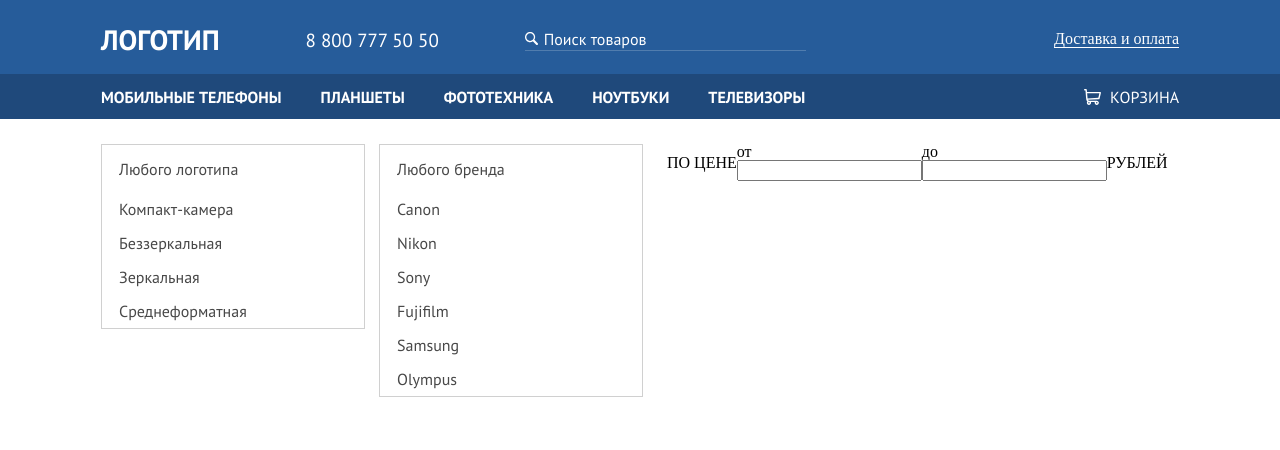
Repository: sem1103/WEBCompany
Page: index.html
The author's editor kept a copy of each file at every save. The page is drawn from the files as they stood at one save, then again after the next save.
The browser window is 1280 px wide. The pictures show the whole page.

Above is the page before, as saved 2024-01-11 20:35:27.

After the next save:
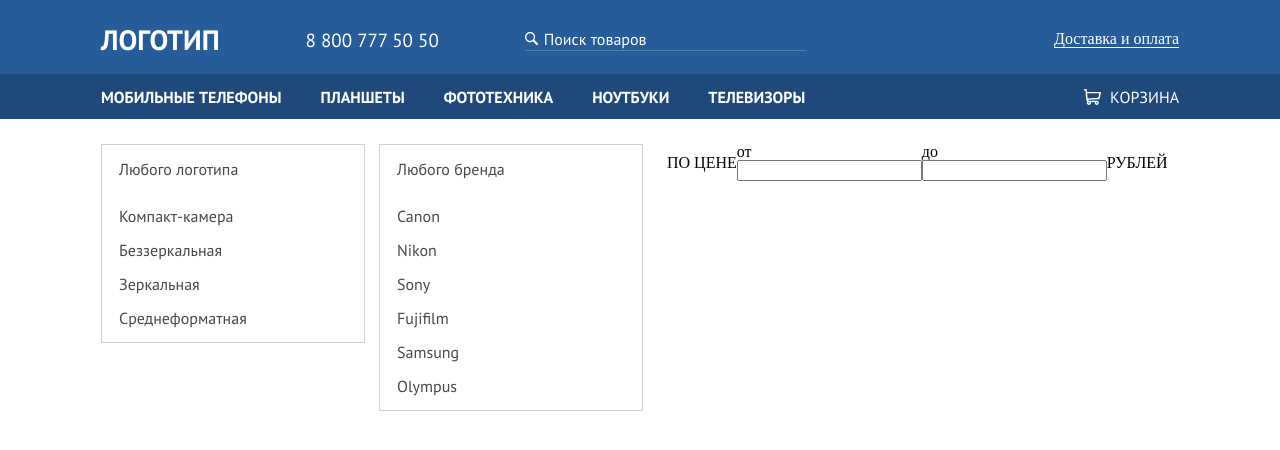
Saved 72 s later.
--- a/styles/main.css
+++ b/styles/main.css
@@ -110,6 +110,9 @@ nav li{
 .display{
     padding: 14px 17px 13px 17px;
 }
+.list{
+    padding: 7px 0;
+}
 .list p{
     cursor: pointer;
     transition: all .3s ease-in-out;
